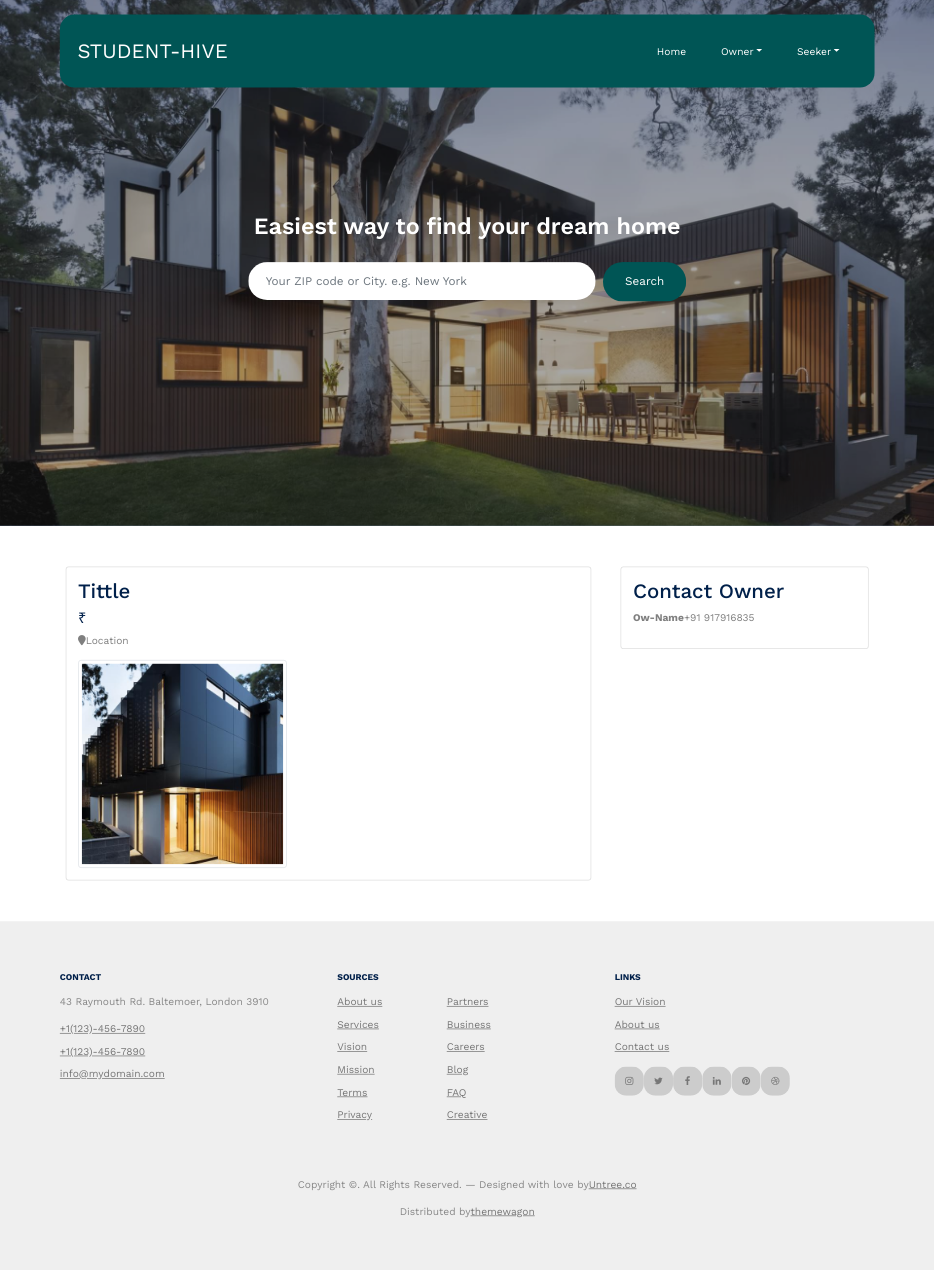
Repository: Farhan0021/Rentalproject
Page: /details (app in front/)
The author's editor kept a copy of each file at every save. The page is drawn from the files as they stood at one save, then again after the next save.
The browser window is 1280 px wide. The pictures show the whole page, at 73% of full size.
The project was rebuilt for these pictures with package versions that can differ from the ones it lists, and the page was loaded fresh each time. Also part of the build but not shown: front/vite.config.js, front/src/pages/Home.jsx, front/src/pages/seekers/Login.jsx, front/src/schema/SeekerSignupSchema.jsx, front/src/pages/seekers/Signup.jsx, front/src/pages/owner/Login.jsx, front/src/schema/OwnerSignupSchema.jsx, front/src/pages/owner/Signup.jsx.

Above is the page before, as saved 2025-04-30 23:48:36.
Console error: TypeError: Cannot read properties of null (reading 'style')

After the next save:
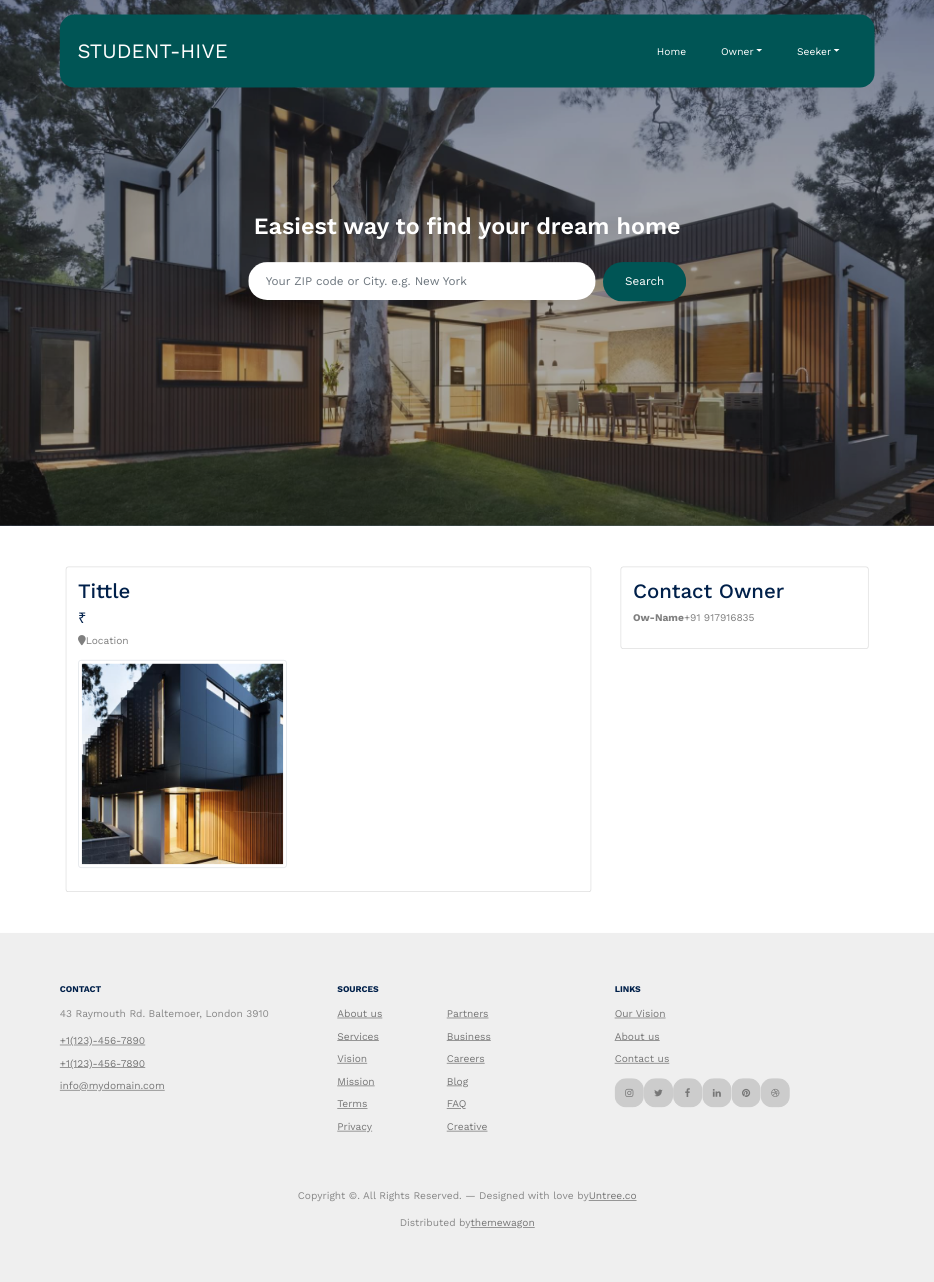
Saved 69 s later.
--- a/front/src/pages/Details.jsx
+++ b/front/src/pages/Details.jsx
@@ -13,7 +13,11 @@ const Details = () => {
                        <div className="col-md-5">
                         <img src='public/assets/images/img_7.jpg' className='img-thumbnail'/>
                        </div>
-                       <div className="col-md-7"></div>
+                       <div className="col-md-7">
+                        <div className="p-2">
+
+                        </div>
+                       </div>
 
                     </div>
                 </div>
